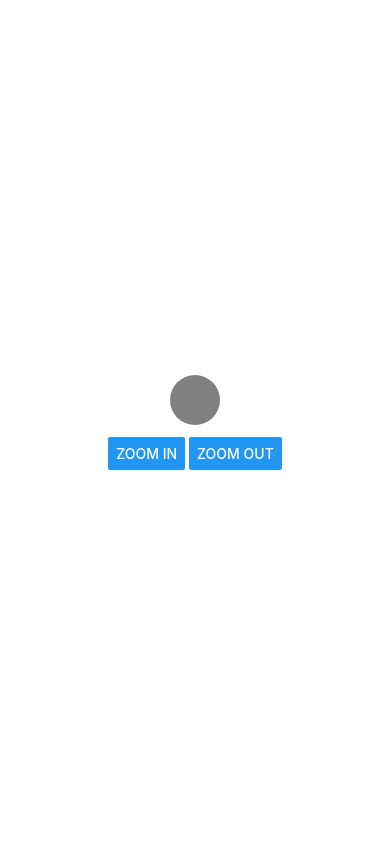
Repository: nayi10/miola
Screen: /
An editor plug-in stored every save of this project. The screen is shown before and after the next save, followed by the edit.
The app was drawn by React Native's web renderer in a window 390 px wide. The project was rebuilt for these pictures with package versions that can differ from the ones it lists, and the page was loaded fresh each time.

Above is the screen before, as saved 2023-03-31 11:41:50.

After the next save:
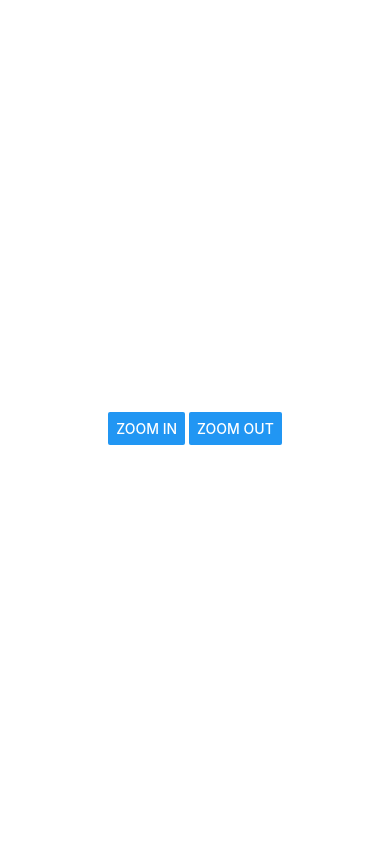
Saved 9 min 6 s later.
--- a/App.js
+++ b/App.js
@@ -25,8 +25,7 @@
     <Animated.View
       style={{
         ...styles.box,
-        width: zoomAnim,
-        height: zoomAnim,
+        transform: [{scale: zoomAnim}],
       }}
     >
     </Animated.View>

After the 4 saves that followed:
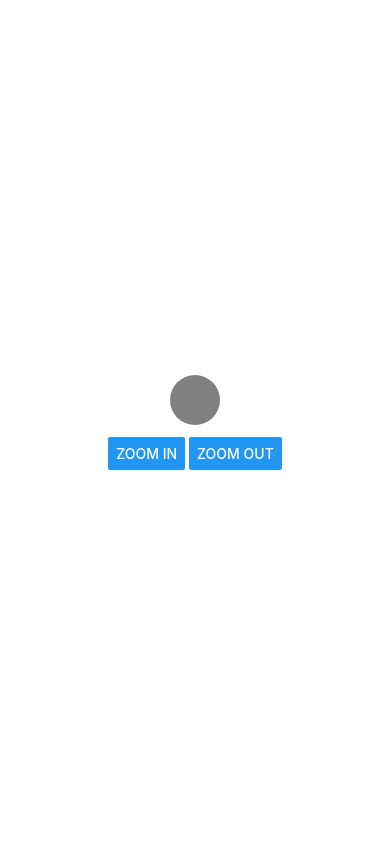
The 4 saves are shown as one change because 3 left the picture as it was.
The last was saved 3 min 55 s later.
--- a/App.js
+++ b/App.js
@@ -25,7 +25,8 @@
     <Animated.View
       style={{
         ...styles.box,
-        transform: [{scale: zoomAnim}],
+        width: zoomAnim,
+        height: zoomAnim,
       }}
     >
     </Animated.View>
